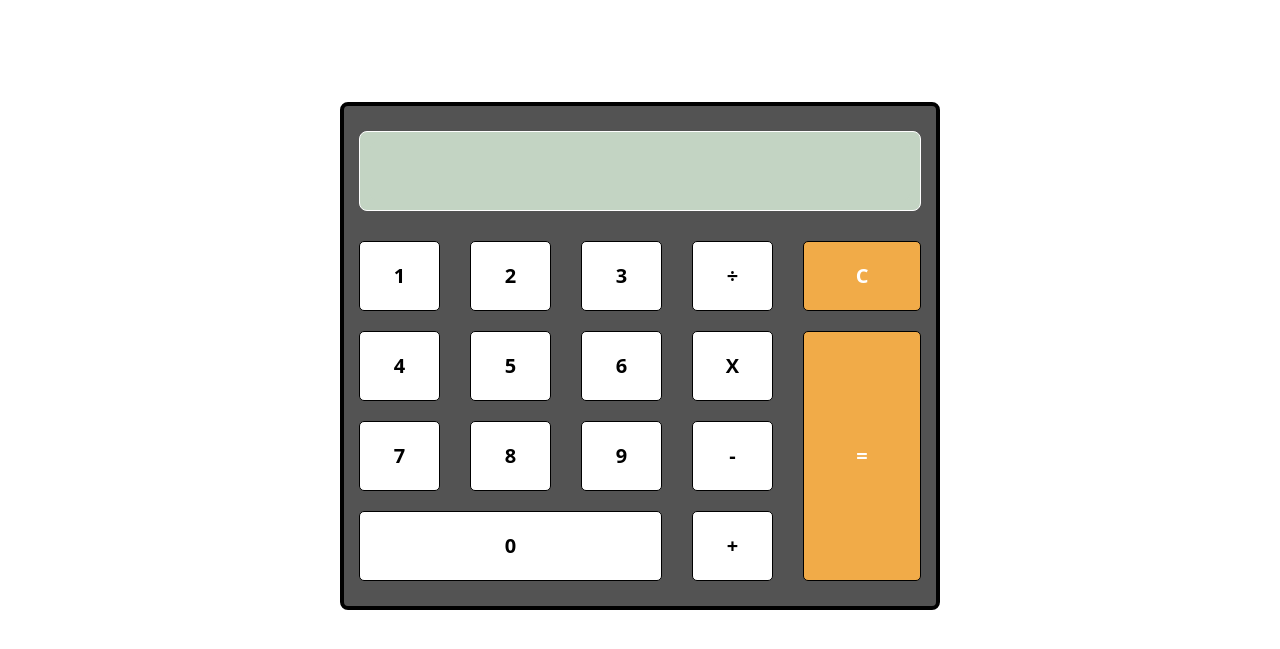
Repository: jsakdalan/CalculatorReactTypescript
Page: /
The author's editor kept a copy of each file at every save. The page is drawn from the files as they stood at one save, then again after the next save.
The browser window is 1280 px wide. The pictures show the whole page.
The project was rebuilt for these pictures with package versions that can differ from the ones it lists, and the page was loaded fresh each time. Also part of the build but not shown: src/App.css.

Above is the page before, as saved 2022-06-07 22:21:39.

### src/App.tsx
import  Calculator from './pages/Calculator';
import './App.css';
import 'bootstrap/dist/css/bootstrap.min.css'

export default function App() {

  return(
    <Calculator/>
  )
}

### src/pages/Calculator.tsx
import React from 'react';
import Col from 'react-bootstrap/Col';
import Container from 'react-bootstrap/Container';
import Row from 'react-bootstrap/Row';
import Button from 'react-bootstrap/Button';
import InputGroup from 'react-bootstrap/InputGroup';
import FormControl from 'react-bootstrap/FormControl';
import './Calculator.css'

export default function Calculator(){

    interface Screen{
        styling: string;
    }

    interface Buttons {
        styling: string;
        btnNumber: string;
    }

    const Screen = (props:Screen) => {
        return(
            <InputGroup size="lg" className={props.styling}>
                <FormControl
                    aria-label="Default"
                    aria-describedby="inputGroup-sizing-default"
                    disabled
                />
            </InputGroup>
        )
    }

    const Buttons = (props:Buttons) => {
        return(
            <Button className={props.styling}>
                {props.btnNumber}
            </Button>
        )
    }

    return(
        <>
            <Container className="container">
                <Row>
                    <Col><Screen styling="screen"/></Col>
                </Row>
                <Row>
                    <Col md={9}>
                        <Row>
                            <Col md={12}>
                                <Row>
                                    <Col md={3}><Buttons styling="numerical" btnNumber="1"/></Col>
                                    <Col md={3}><Buttons styling="numerical" btnNumber="2"/></Col>
                                    <Col md={3}><Buttons styling="numerical" btnNumber="3"/></Col>
                                    <Col md={3}><Buttons styling="operational" btnNumber="&#247;"/></Col>
                                </Row>
                            </Col>
                            <Col md={12}>
                                <Row>
                                    <Col md={3}><Buttons styling="numerical" btnNumber="4"/></Col>
                                    <Col md={3}><Buttons styling="numerical" btnNumber="5"/></Col>
                                    <Col md={3}><Buttons styling="numerical" btnNumber="6"/></Col>
                                    <Col md={3}><Buttons styling="operational" btnNumber="X"/></Col>
                                </Row>
                            </Col>
                            <Col md={12}>
                                <Row>
                                    <Col md={3}><Buttons styling="numerical" btnNumber="7"/></Col>
                                    <Col md={3}><Buttons styling="numerical" btnNumber="8"/></Col>
                                    <Col md={3}><Buttons styling="numerical" btnNumber="9"/></Col>
                                    <Col md={3}><Buttons styling="operational" btnNumber="-"/></Col>
                                </Row>
                            </Col>
                            <Col md={12}>
                                <Row>
                                    <Col md={9}><Buttons styling="numerical" btnNumber="0"/></Col>
                                    <Col md={3}><Buttons styling="numerical" btnNumber="+"/></Col>
                                </Row>
                            </Col>
                        </Row>
                    </Col>
                    <Col>
                        <Row>
                            <Col>
                                <Row>
                                    <Col md={12}><Buttons styling="erase" btnNumber="C"/></Col>
                                    <Col md={12}><Buttons styling="equals" btnNumber="="/></Col>
                                </Row>
                            </Col>
                        </Row>
                    </Col>
                </Row>
            </Container>
        </>
    )
}

### src/pages/Calculator.css
*{
    font-weight: bold!important;
    font-size: 20px;
    text-align: center;
}

.container{
    margin-top:8%;
    max-width: 600px!important;
    width: 400px;
    display: flex;
    flex-direction: column;
    border: 4px solid black;
    padding: 15px!important;
    border-radius: 8px;
    background-color: #535353;
}

.screen{
    width: 100%;
    padding: 10px;
    margin: 10px 0px 20px 0px;
    background-color: #c3d4c3;
    border-radius: 8px;
    border: 0.5px solid white;
}

.input-group>.form-control{
    position: relative;
    flex: 1 1 auto;
    width: 1%;
    background-color: #c3d4c3;
    min-width: 0;
    border: none;
    text-align: right;
}

.input-group>.form-control:disabled{
    box-shadow: none;
    background-color: #c3d4c3;
}

.btn-primary{
    border:0.5px solid black!important;
}

.numerical{
    background-color: #ffffff!important;
    height: 70px;
    color: black!important;
    width: 100%;
    padding: 10px;
    margin: 10px 0px 10px 0px;
    background-color: #eeeeee;
}

.btn-primary:focus{
    box-shadow: none!important;
}

.btn-primary:active{
    transform: scale(1.1);
    background-color:rgb(170, 170, 170)!important;
    box-shadow: none!important;
}

.operational{
    background-color: #ffffff!important;
    height: 70px;
    color: black!important;
    width: 100%;
    padding: 10px;
    margin: 10px 0px 10px 0px;
}

.equals{
    background-color: #f1ab48!important;
    height: 250px;
    width: 100%;
    padding: 10px;
    margin: 10px 0px 10px 0px;
}

.erase{
    background-color: #f1ab48!important;
    height: 70px;
    width: 100%;
    padding: 10px;
    margin: 10px 0px 10px 0px;
}

Loaded but not shown: public/index.html (common file); src/index.tsx (common file); src/index.css (common file); src/reportWebVitals.ts (common file)

After the next save:
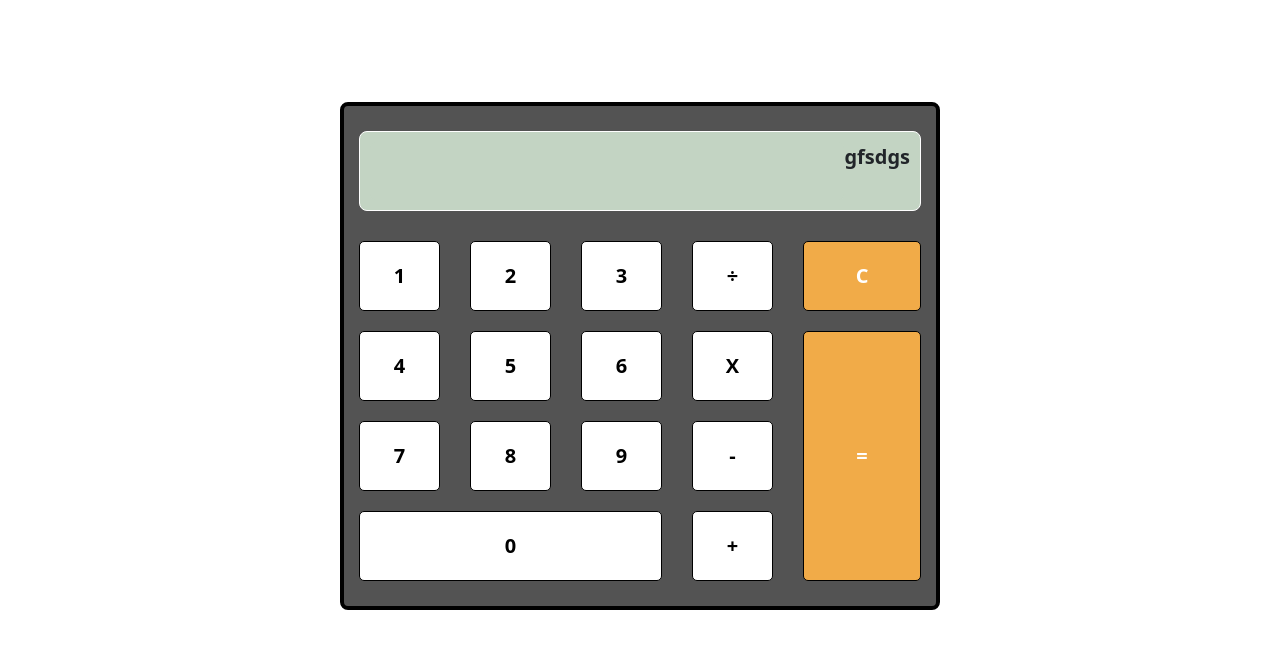
Saved 16 min 16 s later.
--- a/src/pages/Calculator.tsx
+++ b/src/pages/Calculator.tsx
@@ -25,7 +25,7 @@ export default function Calculator(){
                     aria-label="Default"
                     aria-describedby="inputGroup-sizing-default"
                     disabled
-                />
+                />gfsdgs
             </InputGroup>
         )
     }
